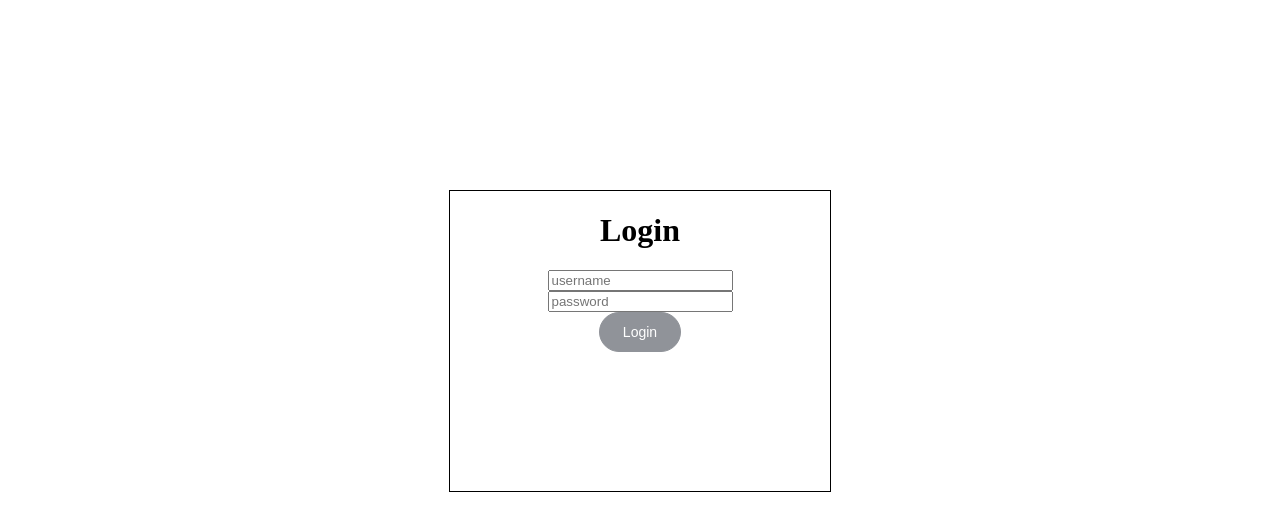
Repository: 951713487/net_shopping
Page: /
These files come from the project's save history. The page is drawn as it stood at one moment and after the next save; the edit follows.
The browser window is 1280 px wide. The pictures show the whole page.
The project was rebuilt for these pictures with package versions that can differ from the ones it lists, and the page was loaded fresh each time.

Above is the page before, as saved 2020-03-17 14:31:36.

After the next save:
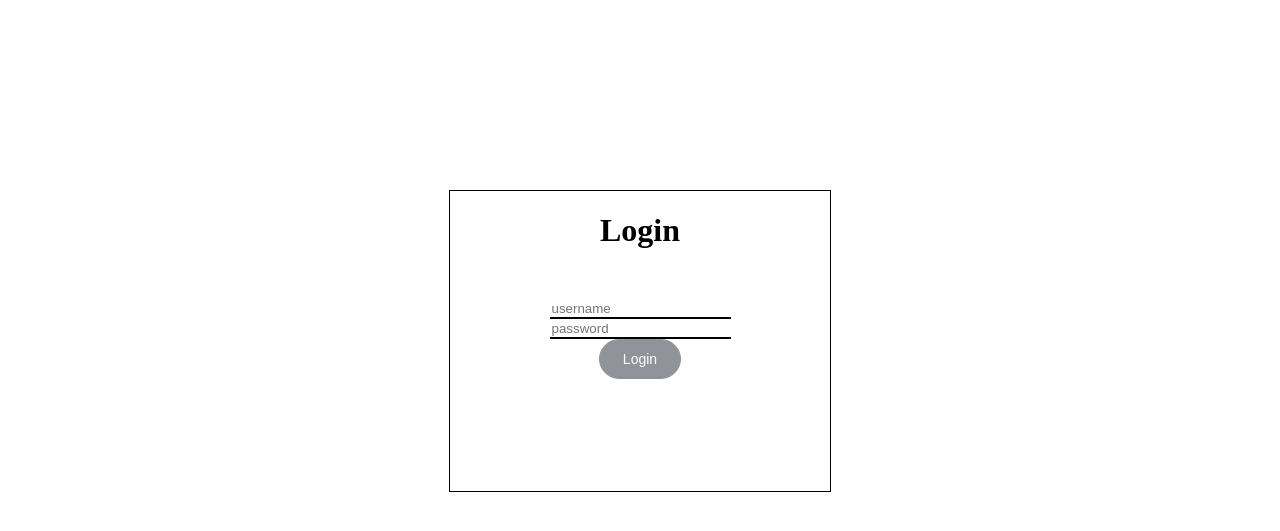
Saved 2 min 0 s later.
--- a/src/components/Login.vue
+++ b/src/components/Login.vue
@@ -28,4 +28,14 @@ export default {};
   margin-top: 15%;
   text-align: center;
 }
+
+#login_box .form{
+    margin-top:50px;
+
+}
+
+#login_box .form .item input{
+    border: 0;
+    border-bottom: 2px solid #000;
+}
 </style>
